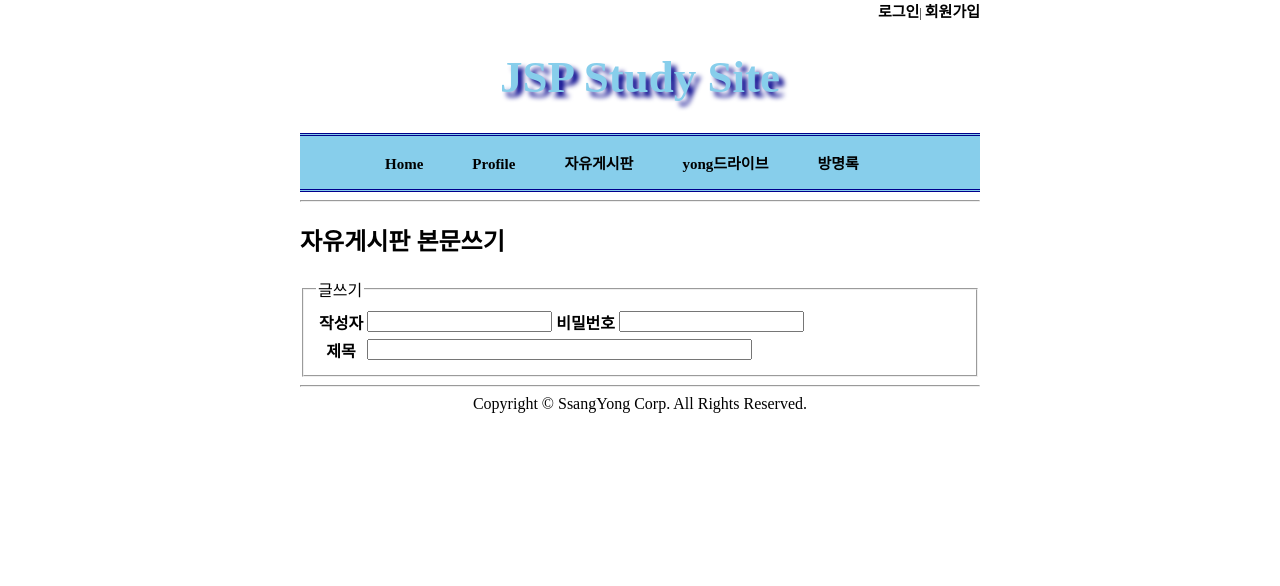
Repository: Rege-97/test
Page: http://localhost/myweb/bbs/bbsWrite.jsp
An editor plug-in stored every save of this project. The page is shown before and after the next save, followed by the edit.
The browser window is 1280 px wide. The pictures show the whole page.
The page is served by Tomcat 9.

Above is the page before, as saved 2025-03-24 00:32:22.

After the next save:
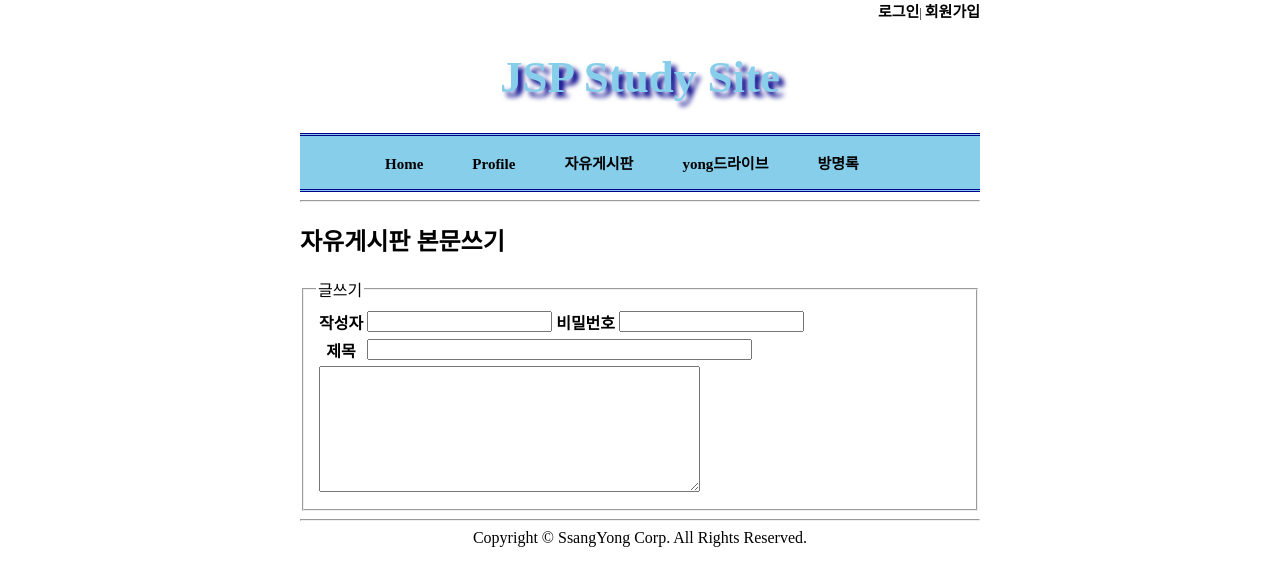
Saved 70 s later.
--- a/myweb/src/main/webapp/bbs/bbsWrite.jsp
+++ b/myweb/src/main/webapp/bbs/bbsWrite.jsp
@@ -31,6 +31,11 @@
 								<input type="text" name="title" size="45">
 							</td>
 						</tr>
+						<tr>
+						<td colspan="4">
+						<textarea rows="8" cols="45" name="content"></textarea>
+						</td>
+						</tr>
 					</table>
 				</fieldset>
 			</form>
